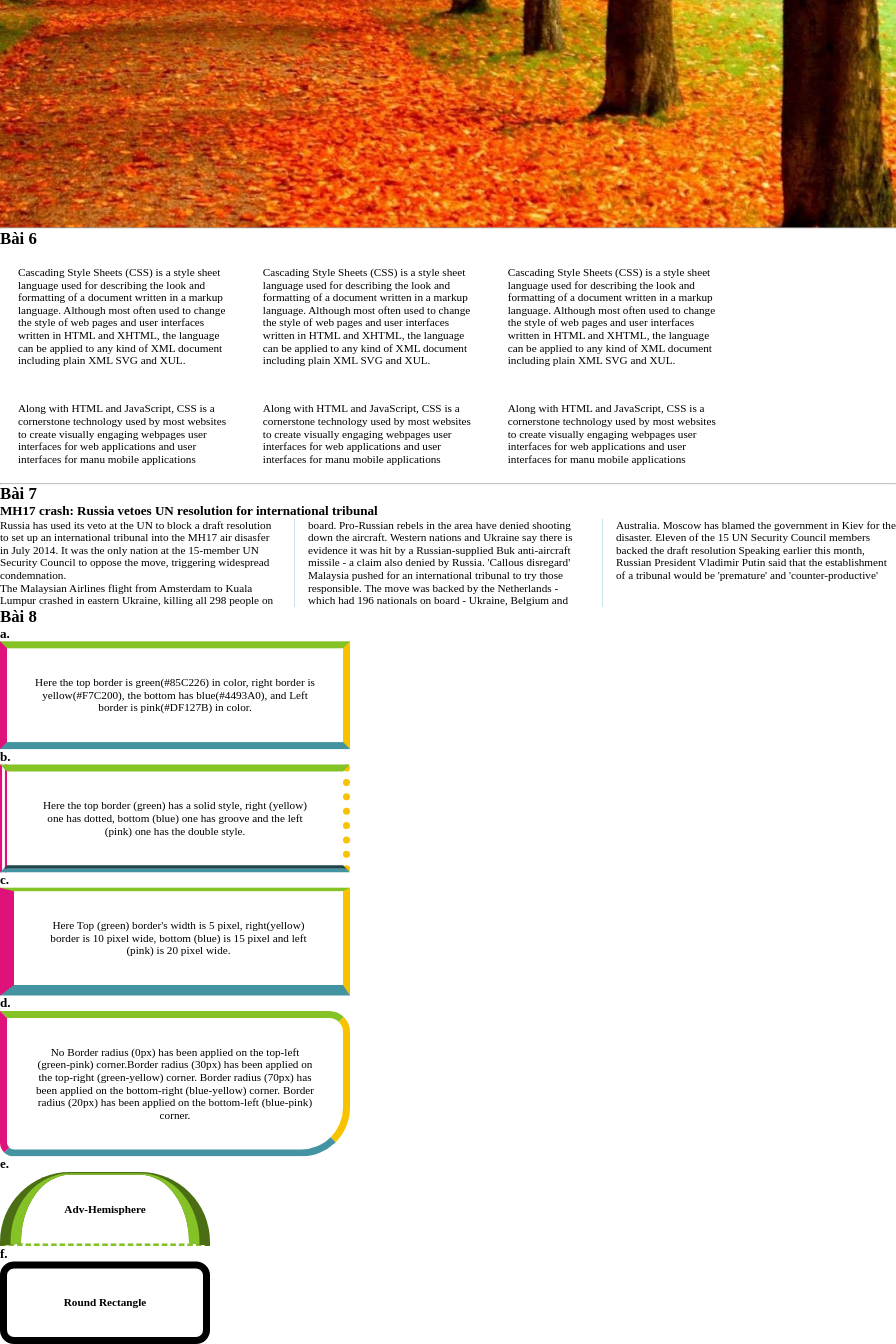
Repository: hoangnguyen1903/STT_21084321_NguyenHuyHoang_DHKHMT17B
Page: html/index.html
An editor plug-in stored every save of this project. The page is shown before and after the next save, followed by the edit.
The browser window is 1280 px wide. The pictures show the part of the page from y = 1633 to 3553 px (the page is 3553 px tall), at 70% of full size.

Above is the page before, as saved 2023-03-03 14:58:18.

After the next save:
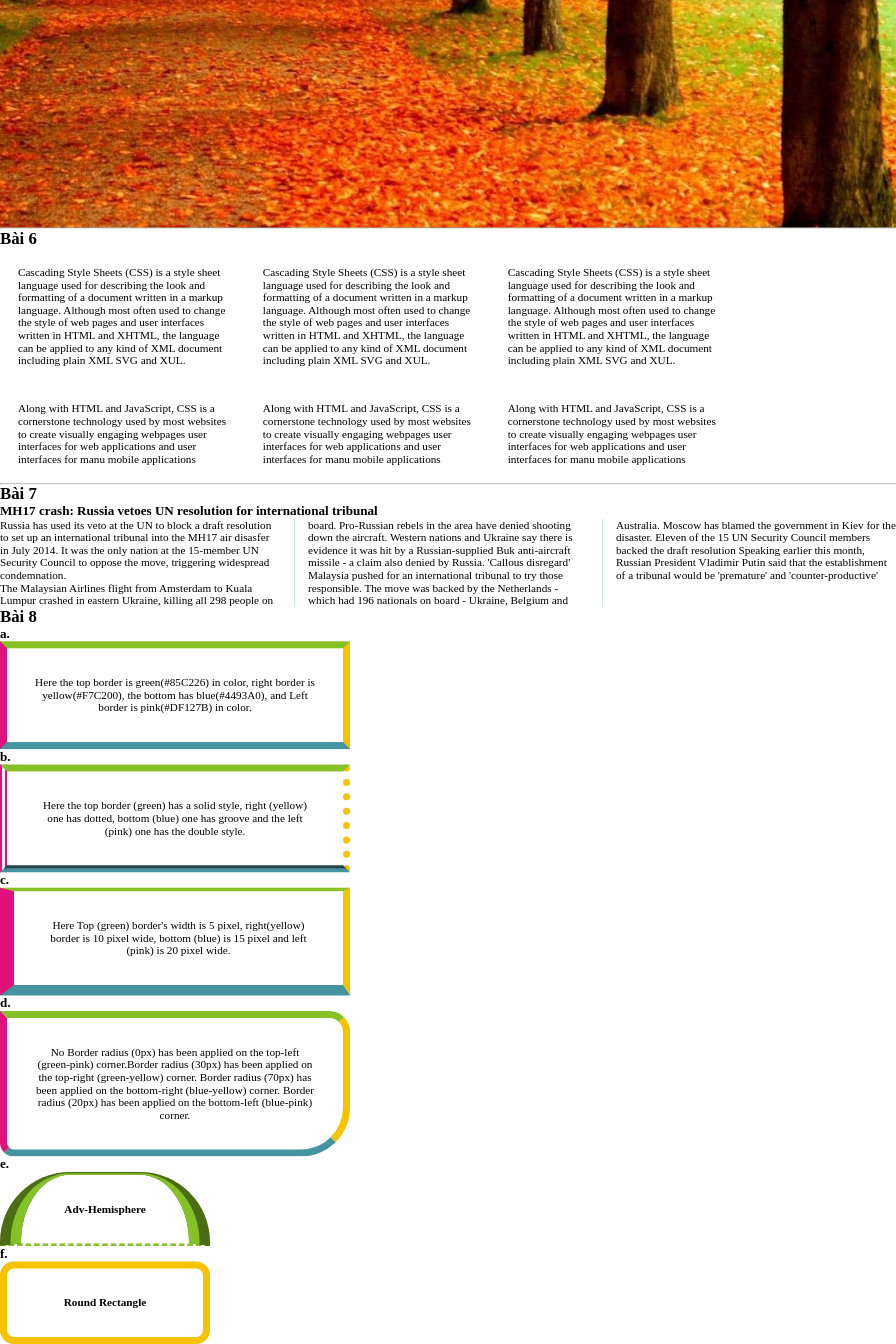
Saved 6 s later.
--- a/html/index.html
+++ b/html/index.html
@@ -149,7 +149,7 @@
         padding: 40px;
         font-weight: bold;
         text-align: center;
-        border-color: f7c200;
+        border-color: #f7c200;
         border-width: 10px;
         border-style: solid;
         border-radius: 20px;
